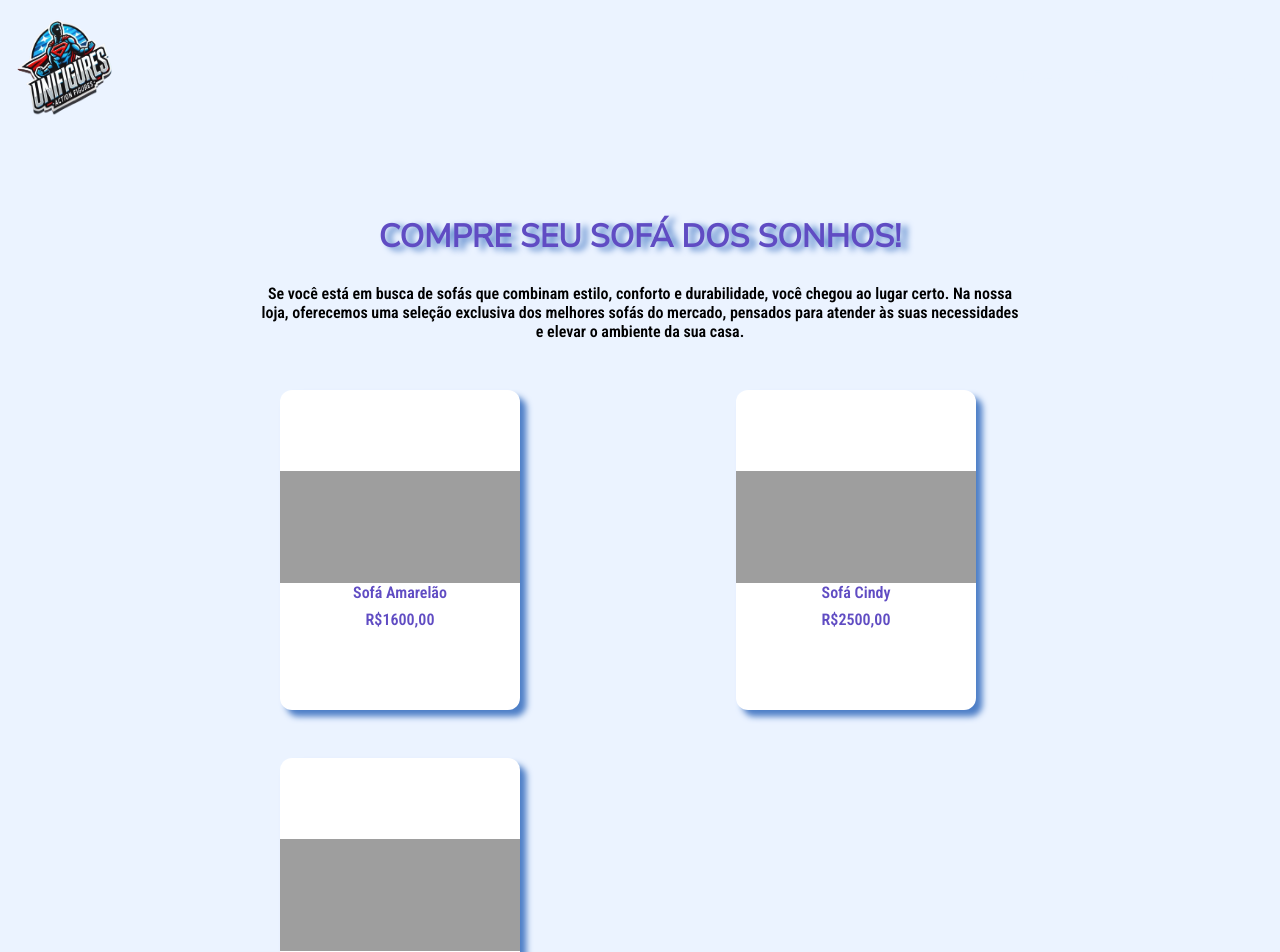
Repository: rafaelhaltarribaFacul/projeto-site
Page: home.html
The author's editor kept a copy of each file at every save. The page is drawn from the files as they stood at one save, then again after the next save.
The browser window is 1280 px wide. The pictures show the part of the page from y = 0 to 952 px (the page is 1799 px tall before and 1819 px after).
Pictures or frames that could not be fetched are drawn as grey boxes. A picture or video elsewhere on the page could not be fetched, so the positions and the page height are approximate. Some web fonts or font styles are not loaded; a fallback is used.

Above is the page before, as saved 2024-09-19 20:23:25.

### home.html
<!DOCTYPE html>
<html lang="en">
  <head>
    <meta charset="UTF-8" />
    <meta name="viewport" content="width=device-width, initial-scale=1.0" />
    <link rel="stylesheet" href="css/home.css" />
    <title>UniFigures - A loja especialista em action figures!</title>
  </head>

  <body>
    <header class="cabecalho">
      <div class="cabecalho__logo">
        <a href="./home.html" class="link-logo" aria-label="Ir para a página inicial"><img src="assets/logo.png" alt=""></a>
      </div>
      <nav class="cabecalho__menu">
        <a class="menu" href="./home.html" aria-label="Ir para a página inicial">Início</a>
        <a class="menu" href="./produtos.html" aria-label="Ver tabelas de produtos">Tabelas</a>
        <a class="menu" href="./cadastro.html" aria-label="Ir para o formulário de contato">Formulário</a>
        <a class="menu" href="./sobre.html" aria-current="page" aria-label="Página atual: Sobre nós">Sobre nós</a>
      </nav>
    </header>

    <main>
      <div class="C-titulo">
        <div class="titulo">
          <h1>COMPRE SEU SOFÁ DOS SONHOS!</h1>
        </div>
        <p>
          Se você está em busca de sofás que combinam estilo, conforto e
          durabilidade, você chegou ao lugar certo. Na nossa loja, oferecemos uma
          seleção exclusiva dos melhores sofás do mercado, pensados para atender
          às suas necessidades e elevar o ambiente da sua casa.
        </p>
      </div>

      <div class="cart-items-container">
        <a href="produtos.html" aria-label="Ver detalhes do Sofá Amarelão">
          <div class="cart-item">
            <span class="itens-sofa">
              <img src="./img/amarelao.webp" alt="sofa amarelo" />
              <div class="content">
                <h3>Sofá Amarelão</h3>
                <div class="price">R$1600,00</div>
              </div>
            </span>
          </div>
        </a>
        <a href="produtos.html">
          <div class="cart-item">
            <span class="itens-sofa">
              <img src="./img/cindy.webp" alt="sofa marrom" />
              <div class="content">
                <h3>Sofá Cindy</h3>
                <div class="price">R$2500,00</div>
              </div>
            </span>
          </div>
        </a>
        <a href="produtos.html">
          <div class="cart-item">
            <span class="itens-sofa">
              <img src="./img/sofa-anaconda.webp" alt="sofa branco" />
              <div class="content">
                <h3>Sofá Anaconda</h3>
                <div class="price">R$3210,00</div>
              </div>
            </span>
          </div>
        </a>
      </div>
    </main>

    <footer class="rodape">
      <p class="rodape__links">
        Acesse nossas páginas nas redes sociais:
        <br />
      </p>
      <section class="icones__links">
        <a href="https://www.instagram.com/" rel="noopener noreferrer" aria-label="Siga-nos no Instagram">
          <img src="./img/icone-instagram.png" alt="Logo instagram" />
        </a>
        <a href="https://www.whatsapp.com/" rel="noopener noreferrer" aria-label="Entre em contato conosco pelo WhatsApp">
          <img src="./img/icone-whastapp.png" alt="Logo whatsapp" />
        </a>
        <a href="https://www.facebook.com/" rel="noopener noreferrer" aria-label="Siga-nos no Facebook">
          <img src="./img/icone-facebook.png" alt="Logo facebook" />
        </a>
        <a href="https://www.linkedin.com/" rel="noopener noreferrer" aria-label="Conecte-se conosco no LinkedIn">
          <img src="./img/icone-linkedin.png" alt="Logo linkedin" />
        </a>
      </section>
      <p class="rodape__paragrafo">
        <br />Copyright &copy; 2024 UniSofa. Todos os direitos reservados.<br />
        Endereço: Rodovia, SC-401, 3730 - Saco Grande, Florianópolis - SC,
        88032-005
      </p>
    </footer>
  </body>
</html>

### css/home.css
@import url("https://fonts.googleapis.com/css2?family=New+Amsterdam&display=swap");
@import url("https://fonts.googleapis.com/css2?family=Ubuntu&display=swap");
@import url("https://fonts.googleapis.com/css2?family=Nunito+Sans:opsz@6..12&family=Ubuntu&display=swap");
@import url("https://fonts.googleapis.com/css2?family=Nunito+Sans:opsz@6..12&family=Roboto+Condensed:wght@600&family=Ubuntu&display=swap");

:root {
    --cor-pricipal: #604CC3;
    --cor-secundaria: #4d7ec7;
    --cor-terciaria: #99c2ff;
    --cor-quaternaria: #ebf3ff;
    --cor-quintenaria: #000001;


    --fonte-logo: "New Amsterdam", sans-serif;
    --fonte-principal: "Nunito Sans", sans-serif;
    --fonte-secundaria: "Roboto Condensed", sans-serif;
    --fonte-terciaria: "Ubuntu", sans-serif;

    font-size: 16px;
}

* {
    text-decoration: none;
    margin: 0;
    padding: 0;
    box-sizing: border-box;
}

body {
    background-color: var(--cor-quaternaria);
    color: var(--cor-quintenaria);
    font-family: var(--fonte-pricipal);
    margin: 0;
    padding: 0;
    min-height: 100vh;
    display: flex;
    flex-direction: column;
}

.cabecalho {
    display: flex;
    justify-content: space-between;
    align-items: center;
    padding: 1rem;
    flex-wrap: wrap;
    background-color: var(--cor-fundocabecalho);
}

.cabecalho__logo {
    margin-bottom: 0.5rem;
}

.cabecalho__logo img {
    height: 100px;
    width: 100px;

}

.cabecalho__menu {
    display: flex;
    gap: 1rem;
    flex-wrap: wrap;
}

.link-logo {
    font-family: var(--fonte-logo);
    color: var(--cor-quaternaria);
    font-size: 3rem;
}

.cabecalho__menu {
    display: flex;
    gap: 1.25rem;
}

.menu {
    color: var(--cor-quaternaria);
    font-family: var(--fonte-terciaria);
}

.rodape {
    background-color: var(--cor-pricipal);
    color: var(--cor-quaternaria);
    text-align: center;
    padding: 1rem;
    margin-top: auto;
}

.icones__links {
    display: inline;
}

.rodape__paragrafo {
    margin-top: -15px;
}

@media (max-width: 768px) {
    .cabecalho {
        flex-direction: column;
        align-items: flex-start;
        padding: 1rem;
    }

    .cabecalho__menu {
        flex-direction: column;
        gap: 0.5rem;
        margin-top: 1rem;
    }

    .cart-items-container {
        gap: 2rem 6rem;
        width: 80vw;
        padding: 16px;
    }

    .cart-items-container .cart-item {
        width: 12rem;
    }
}

.cart-items-container {
    display: grid;
    grid-template-columns: repeat(auto-fit, minmax(200px, 1fr));
    gap: 3rem 12rem;
    width: 60vw;
    margin: auto;
    margin-top: 16px;
    background-color: var(--cor-quaternaria);
    padding: 24px;
}

.cart-items-container .cart-item {
    display: flex;
    align-items: center;
    width: 15rem;
    background-color: white;
    box-shadow: var(--cor-secundaria) 0.4em 0.4em 0.4em;
    height: 20rem;
    border-radius: 12px;
}

.cart-items-container .cart-item .itens-sofa {
    display: flex;
    flex-direction: column;
    font-size: 2rem;
    cursor: pointer;
    text-align: center;
    width: 15rem;
}

.cart-items-container .cart-item .itens-sofa:hover {
    color: var(--cor-pricipal);
}

.cart-items-container .cart-item img {
    height: 7rem;
    width: 15rem;
}

.cart-items-container .cart-item .content h3 {
    font-size: 1rem;
    color: var(--cor-pricipal);
    font-family: var(--fonte-secundaria);
    padding-bottom: .5rem;
}

.cart-items-container .cart-item .content .price {
    font-size: 1rem;
    color: var(--cor-pricipal);
    font-family: var(--fonte-secundaria);
}

.titulo {
    font-family: var(--fonte-principal);
    text-align: center;
    color: var(--cor-pricipal);
    text-shadow: var(--cor-secundaria) 0.4em 0.2em 0.4em;
    margin-top: 5%;
    margin-bottom: 2%;
}

.C-titulo p {
    font-family: var(--fonte-secundaria);
    color: var(--cor-quintenaria);
    text-align: center;
    margin: auto;
    width: 60vw;
    margin-bottom: 2%;
}

@media screen and (max-width: 480px) {
    .cabecalho__menu {
        flex-direction: column;
        align-items: flex-start;
    }
}

After the next save:
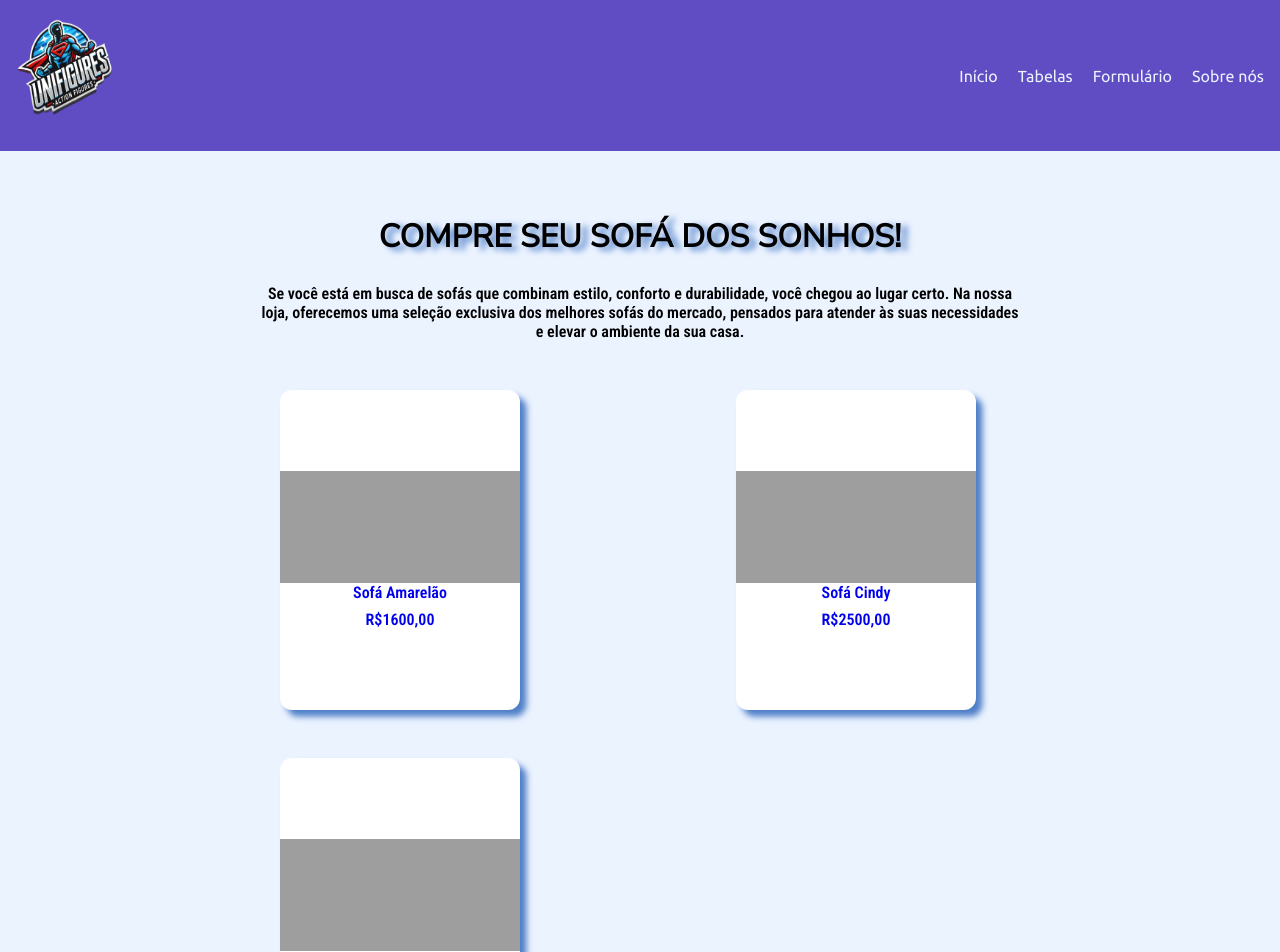
Saved 26 s later.
--- a/css/home.css
+++ b/css/home.css
@@ -4,7 +4,7 @@
 @import url("https://fonts.googleapis.com/css2?family=Nunito+Sans:opsz@6..12&family=Roboto+Condensed:wght@600&family=Ubuntu&display=swap");
 
 :root {
-    --cor-pricipal: #604CC3;
+    --cor-principal: #604CC3;
     --cor-secundaria: #4d7ec7;
     --cor-terciaria: #99c2ff;
     --cor-quaternaria: #ebf3ff;
@@ -29,7 +29,7 @@
 body {
     background-color: var(--cor-quaternaria);
     color: var(--cor-quintenaria);
-    font-family: var(--fonte-pricipal);
+    font-family: var(--fonte-principal);
     margin: 0;
     padding: 0;
     min-height: 100vh;
@@ -43,7 +43,7 @@ body {
     align-items: center;
     padding: 1rem;
     flex-wrap: wrap;
-    background-color: var(--cor-fundocabecalho);
+    background-color: var(--cor-principal);
 }
 
 .cabecalho__logo {
